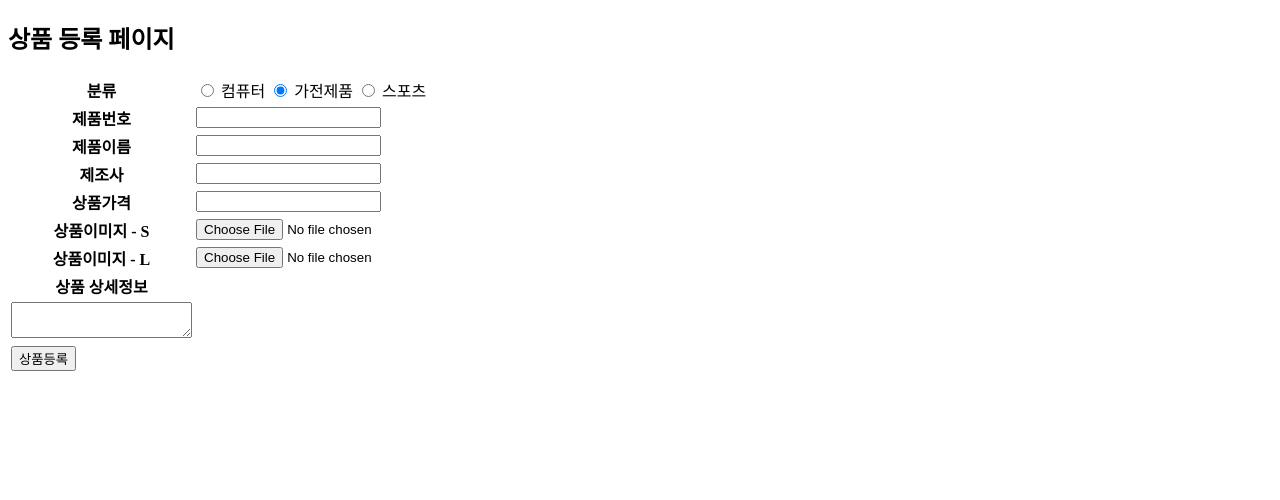
Repository: xlz5000/ICT
Page: http://localhost/spring_mvc02/WEB-INF/views/day08/product_add.jsp
These files come from the project's save history. The page is drawn as it stood at one moment and after the next save; the edit follows.
The browser window is 1280 px wide. The pictures show the whole page.
The page is served by Tomcat 9. Nobody is signed in. Other server files are loaded and not shown. The template is opened directly, without the code that normally fills it, so the values that code supplies are empty.

Above is the page before, as saved 2025-04-18 02:20:15.

### spring_mvc02/src/main/webapp/WEB-INF/views/day08/product_add.jsp
<%@ page language="java" contentType="text/html; charset=UTF-8"
    pageEncoding="UTF-8"%>
<!DOCTYPE html>
<html>
<head>
<meta charset="UTF-8">
<title>Insert title here</title>
</head>
<body>

	<div id="productForm">
		<h2>상품 등록 페이지</h2>
		<form action="/shop_product_add_ok" method="post" enctype="multipart/form-data">
			<table>
				<tbody>
					<tr>
						<th>분류</th>
						<td>
							<input type="radio" name="category" value="com001"> 컴퓨터
							<input type="radio" name="category" value="ele002" checked> 가전제품
							<input type="radio" name="category" value="sp003"> 스포츠
						</td>
					</tr>
					<tr>
						<th>제품번호</th>
						<td><input type="text" name="p_num" required></td>
					</tr>
					<tr>
						<th>제품이름</th>
						<td><input type="text" name="p_name" required></td>
					</tr>
					<tr>
						<th>제조사</th>
						<td><input type="text" name="p_company" required></td>
					</tr>
					<tr>
						<th>상품가격</th>
						<td><input type="text" name="p_price" required></td>
					</tr>
					<tr>
						<th>상품이미지 - S</th>
						<td><input type="file" name="file_s" required></td>
					</tr>
					<tr>
						<th>상품이미지 - L</th>
						<td><input type="file" name="file_l" required></td>
					</tr>
					<tr>
						<th>상품 상세정보</th>
						<td></td>
					</tr>
					<tr>
						<th colspsn="2">

						<textarea></textarea>

						</th>

					</tr>


				</tbody>
				<tfoot>
					<tr><td colspan="2"><input type="submit" value="상품등록"></td></tr>
				</tfoot>
			</table>
		</form>


	</div>

</body>
</html>

After the next save:
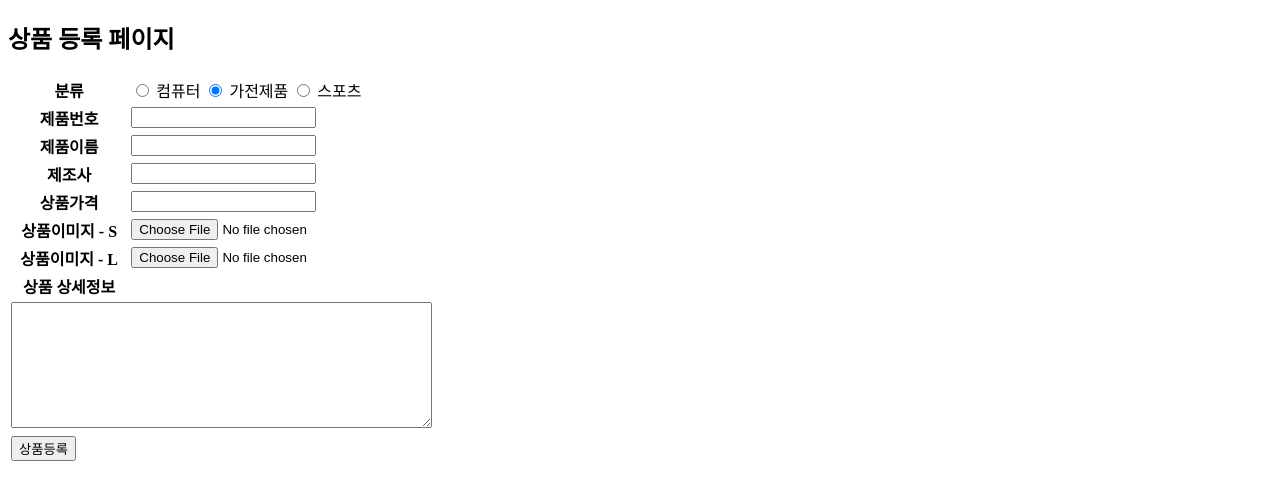
Saved 44 s later.
--- a/spring_mvc02/src/main/webapp/WEB-INF/views/day08/product_add.jsp
+++ b/spring_mvc02/src/main/webapp/WEB-INF/views/day08/product_add.jsp
@@ -50,9 +50,9 @@
 						<td></td>
 					</tr>
 					<tr>
-						<th colspsn="2">
+						<th colspan="2">
 
-						<textarea></textarea>
+						<textarea rows="8" cols="50" name="p_content"></textarea>
 
 						</th>
 
